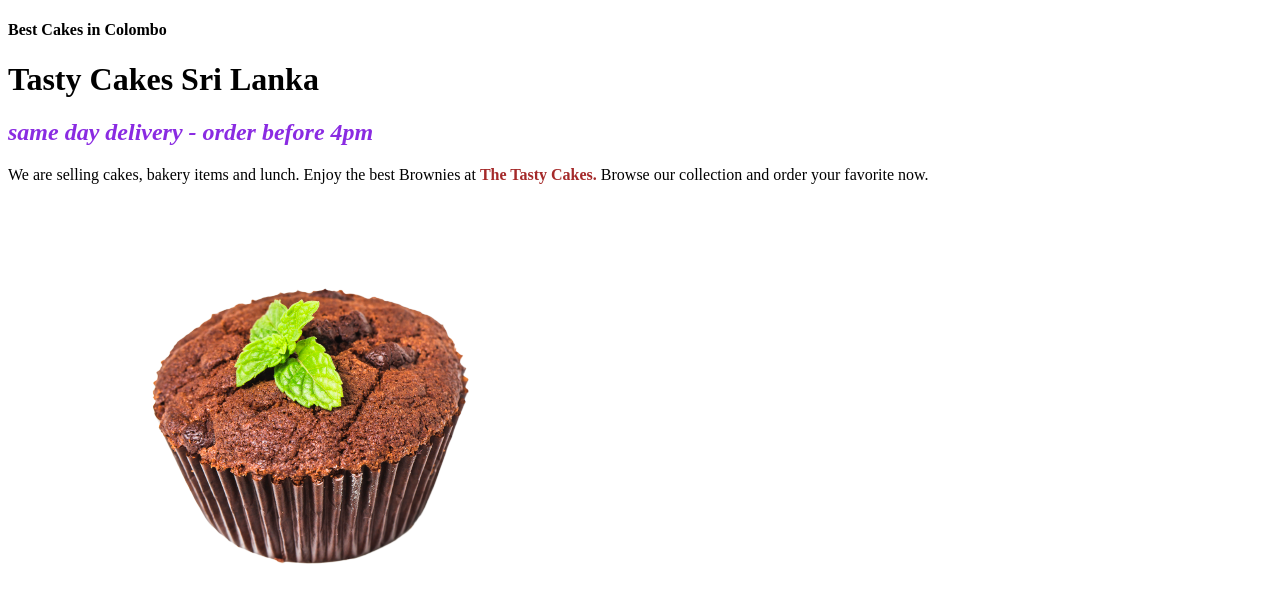
Repository: DhananjayaLakshan/Uom-Web_Design_For_Beginners
Page: work01/index.html
An editor plug-in stored every save of this project. The page is shown before and after the next save, followed by the edit.
The browser window is 1280 px wide. The pictures show the whole page.

Above is the page before, as saved 2023-11-24 11:39:30.

### work01/index.html
<!DOCTYPE html>
<html lang="en">
<head>
    <title>Tasty Cakes Sri Lanka</title>
    <link rel="stylesheet" type="text/css" href="styles.css">
</head>
<body>
    <h4>Best Cakes in Colombo</h4>
    <h1>Tasty Cakes Sri Lanka</h1>

    <h2 class="tagline">same day delivery - order before 4pm </h2>
    <p>We are selling cakes, bakery items and lunch. Enjoy the best Brownies at <strong style="color: brown;"> The Tasty Cakes.</strong>
        Browse our collection and order your favorite now.</p>

        <img src="image-01.png" alt="">
</body>
</html>

### work01/styles.css
.tagline{
    color: blueviolet;
    font-style: italic;
}

After the next save:
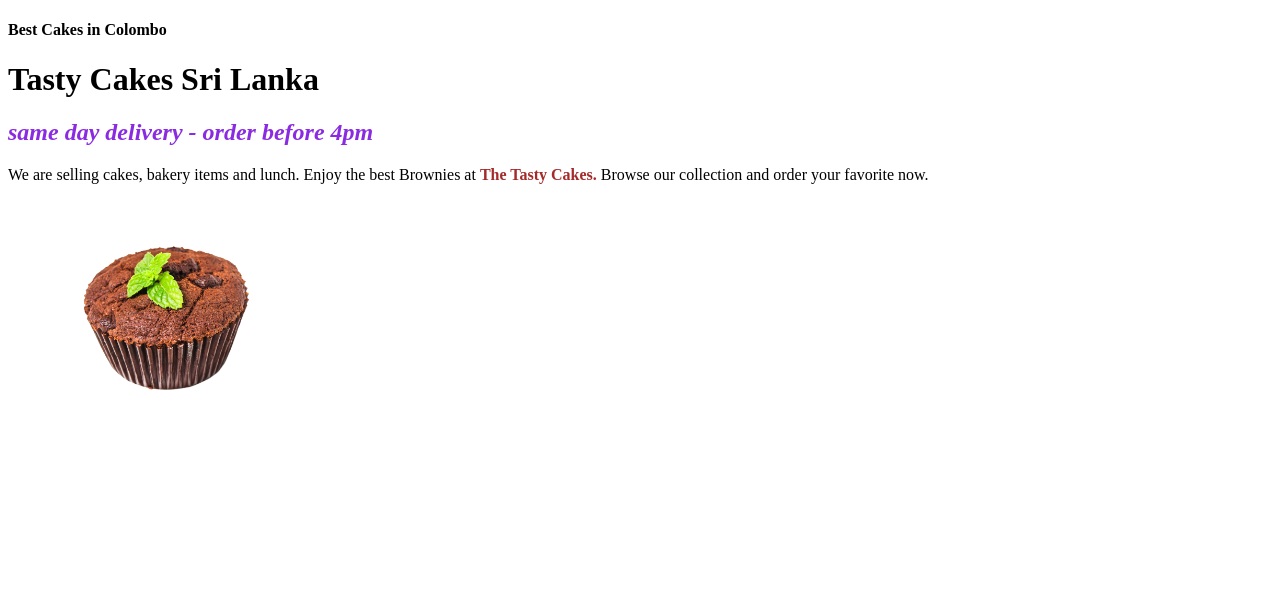
Saved 37 s later.
--- a/work01/index.html
+++ b/work01/index.html
@@ -12,6 +12,6 @@
     <p>We are selling cakes, bakery items and lunch. Enjoy the best Brownies at <strong style="color: brown;"> The Tasty Cakes.</strong>
         Browse our collection and order your favorite now.</p>
 
-        <img src="image-01.png" alt="">
+        <img src="image-01.png" width="320px" alt="">
 </body>
 </html>
